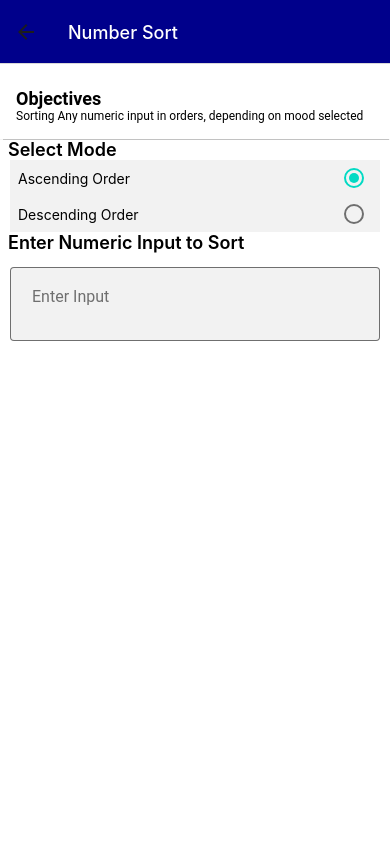
Repository: seyicoded/rn-crazy-algorithm-app
Screen: /Sort_simple_number
These files come from the project's save history. The screen is drawn as it stood at one moment and after the next save; the edit follows.
The app was drawn by React Native's web renderer in a window 390 px wide. The project was rebuilt for these pictures with package versions that can differ from the ones it lists, and the page was loaded fresh each time. Also part of the build but not shown: src/screens/sort.js, src/screens/filter.js, src/screens/advance.js, src/screens/sorts/Sort_alphabet.js.

Above is the screen before, as saved 2022-03-30 18:07:03.

After the next save:
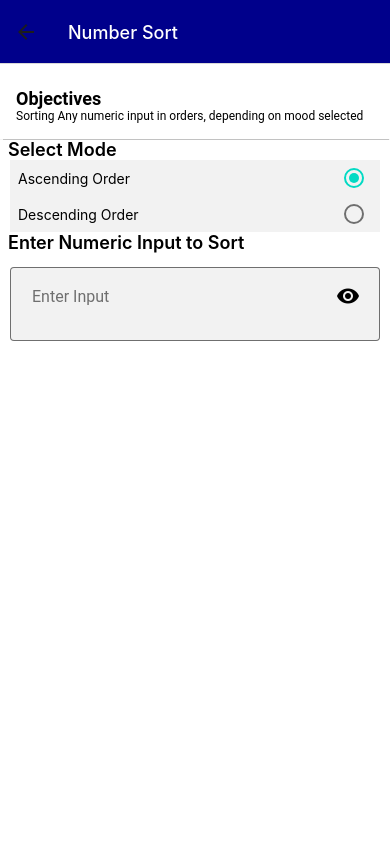
Saved 5 s later.
--- a/src/screens/sorts/Sort_simple_number.js
+++ b/src/screens/sorts/Sort_simple_number.js
@@ -48,7 +48,7 @@ export default function Sort_simple_number() {
                 multiline={true}
                 keyboardType='numeric'
                 returnKeyType='done'
-                right={<Ionicons name='ios-send' size={24} color='green' />}
+                right={<TextInput.Icon name="eye" />}
                 onChangeText={text => setunsortedVal(text)}
             />
         </ScrollView>
